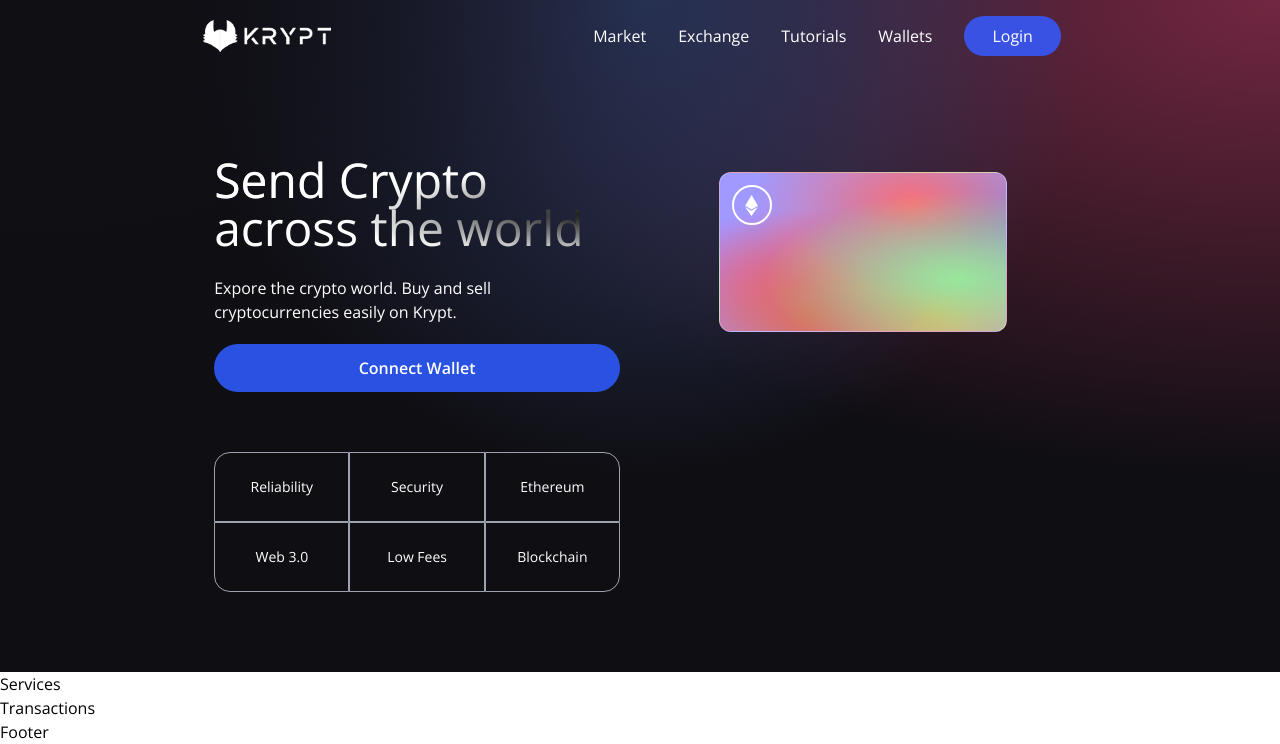
Repository: stephan-chiorean/krypt
Page: / (app in client/)
An editor plug-in stored every save of this project. The page is shown before and after the next save, followed by the edit.
The browser window is 1280 px wide. The pictures show the whole page.
The project was rebuilt for these pictures with package versions that can differ from the ones it lists, and the page was loaded fresh each time. Also part of the build but not shown: client/vite.config.js, client/src/components/Loader.jsx.

Above is the page before, as saved 2023-03-28 15:22:45.

### client/src/App.jsx
import {Navbar, Welcome, Footer, Services, Transactions} from './components';

const App = () => {

  return (
    <div className="min-h-screen">
      <div className="gradient-bg-welcome">
        <Navbar/>
        <Welcome/>
      </div>
      <Services/>
      <Transactions/>
      <Footer/>
    </div>
  )
}

export default App

### client/src/components/index.js
export {default as Loader} from './Loader';
export {default as Navbar} from './Navbar';
export {default as Footer} from './Footer';
export {default as Welcome} from './Welcome';
export {default as Transactions} from './Transactions';
export {default as Services} from './Services';

### client/src/components/Navbar.jsx
import { HiMenuAlt4 } from 'react-icons/hi';
import { AiOutlineClose } from 'react-icons/ai';
import { useState } from 'react';

import logo from '../../images/logo.png';

const NavbarItem = ({ title, classProps }) => {
  return <li className={`mx-4 cursor-pointer ${classProps}`}>{title}</li>;
};
export default () => {
  const [toggleMenu, setToggleMenu] = useState(false);
  return (
    <nav className='w-full flex md:justify-center justify-between items-center p-4'>
      <div className='md:flex-[0.5] flex-initial justify-center items-center'>
        <img src={logo} alt='logo' className='w-32 cursor-pointer' />
      </div>
      <ul className='text-white md:flex hidden list-none flex-row justify-between items-center flex-initial'>
        {['Market', 'Exchange', 'Tutorials', 'Wallets'].map((item, index) => (
          <NavbarItem key={item + index} title={item} />
        ))}
        <li className='bg-[#3952e3] py-2 px-7 mx-4 rounded-full cursor-pointer hover:bg-[#2546bd]'>
          Login
        </li>
      </ul>
      <div className='flex relative'>
        {toggleMenu ? (
          <AiOutlineClose
            fontSize={28}
            className='text-white md:hidden cursor-pointer'
            onClick={() => setToggleMenu(false)}
          />
        ) : (
          <HiMenuAlt4
            fontSize={28}
            className='text-white md:hidden cursor-pointer'
            onClick={() => setToggleMenu(true)}
          />
        )}
        {toggleMenu && (
          <ul className="z-10 fixed top-0 -right-2 p-3 w-[70vw] h-screen shadow-2xl md:hidden list-none flex flex-col justify-start items-end rounded-md blue-glassmorphism text-white animate-slide-in">
            <li className='text-xl w-full my-2'>
              <AiOutlineClose onClick={() => setToggleMenu(false)} className="cursor-pointer"/>
            </li>
            {['Market', 'Exchange', 'Tutorials', 'Wallets'].map(
              (item, index) => (
                <NavbarItem key={item + index} title={item} classProps="my-2 text-lg"/>
              )
            )}
          </ul>
        )}
      </div>
    </nav>
  );
};

### client/src/components/Footer.jsx
import React from 'react'

export default() => {
  return (
    <div>Footer</div>
  )
}

### client/src/components/Welcome.jsx
import { AiFillPlayCircle } from 'react-icons/ai';
import { SiEthereum } from 'react-icons/si';
import { BsInfoCircle } from 'react-icons/bs';
import { Loader } from './';
const commonStyles =
  'min-h-[70px] sm:px-0 px-2 sm:min-w-[120px] flex justify-center items-center border-[0.5px] border-gray-400 text-sm font-light text-white';

export default () => {
  const connectWallet = () => {};
  return (
    <div className='flex w-full justify-center items-center'>
      <div className='flex md:flex-row flex-col itesm-start justify-between md:p-20 py-12 px-4'>
        <div className='flex flex-1 justify-start flex-col md:mr-10'>
          <h1 className='text-3xl sm:text-5xl text-white text-gradient py-1'>
            Send Crypto <br /> across the world
          </h1>
          <p className='text-left mt-5 text-white font-light md:w-9/12 w-11/12 text-base'>
            Expore the crypto world. Buy and sell cryptocurrencies easily on
            Krypt.
          </p>
          <button
            type='button'
            onClick={connectWallet}
            className='flex flex-row justify-center items-center my-5 bg-[#2952e3] p-3 rounded-full cursor-pointer hover:bg-[#2546bd]'
          >
            <p className='text-white text-base font-semibold'>Connect Wallet</p>
          </button>

          <div className='grid sm:grid-cols-3 grid-cols-2 w-full mt-10'>
            <div className={`rounded-tl-2xl ${commonStyles}`}>Reliability</div>
            <div className={commonStyles}>Security</div>
            <div className={`sm:rounded-tr-2xl ${commonStyles}`}>Ethereum</div>
            <div className={`sm:rounded-bl-2xl ${commonStyles}`}>Web 3.0</div>
            <div className={commonStyles}>Low Fees</div>
            <div className={`rounded-br-2xl ${commonStyles}`}>Blockchain</div>
          </div>
        </div>

        <div className="flex flex-col flex-1 items-center justify-start w-full md:mt-0 mt-10">
          <div className="p-3 justify-end items-start flex-col rounded-xl h-40 sm:w-72 w-full my-5 eth-card white-glassmorphism">
            <div className="flex justify-between flex-col w-full h-full">
              <div className="flex justify-between items-start">
                <div className="w-10 h-10 rounded-full border-2 border-white flex justify-center items-center">
                    <SiEthereum fontSize={21} color="#fff" />
                </div>
              </div>
            </div>
          </div>
        </div>
      </div>
    </div>
  );
};

### client/src/components/Transactions.jsx
import React from 'react'

export default() => {
  return (
    <div>Transactions</div>
  )
}

### client/src/components/Services.jsx
import React from 'react'

export default() => {
  return (
    <div>Services</div>
  )
}

Loaded but not shown: client/index.html (common file); client/src/main.jsx (common file); client/src/index.css (common file); client/tailwind.config.js (common file)

After the next save:
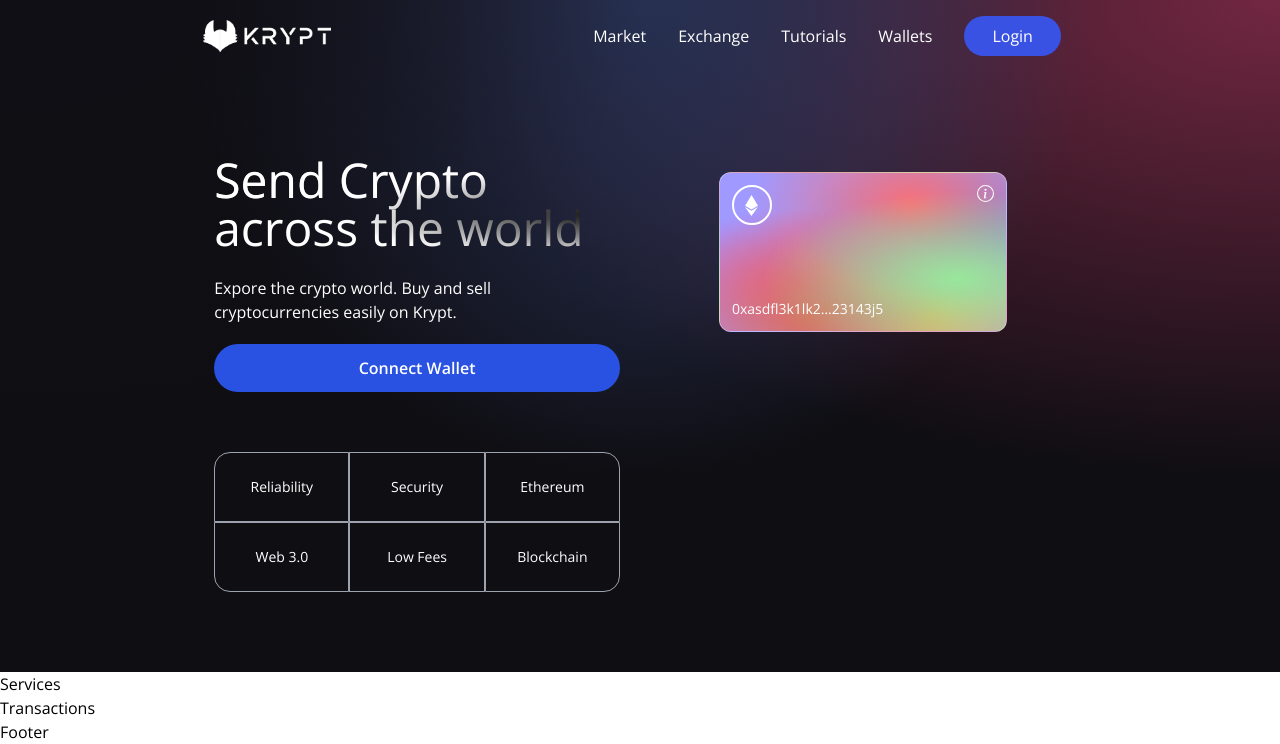
Saved 70 s later.
--- a/client/src/components/Welcome.jsx
+++ b/client/src/components/Welcome.jsx
@@ -43,6 +43,12 @@ export default () => {
                 <div className="w-10 h-10 rounded-full border-2 border-white flex justify-center items-center">
                     <SiEthereum fontSize={21} color="#fff" />
                 </div>
+                <BsInfoCircle fontSize={17} color="#fff" />
+              </div>
+              <div>
+                <p className="text-white font-light text-sm">
+                  0xasdfl3k1lk2...23143j5
+                </p>
               </div>
             </div>
           </div>
